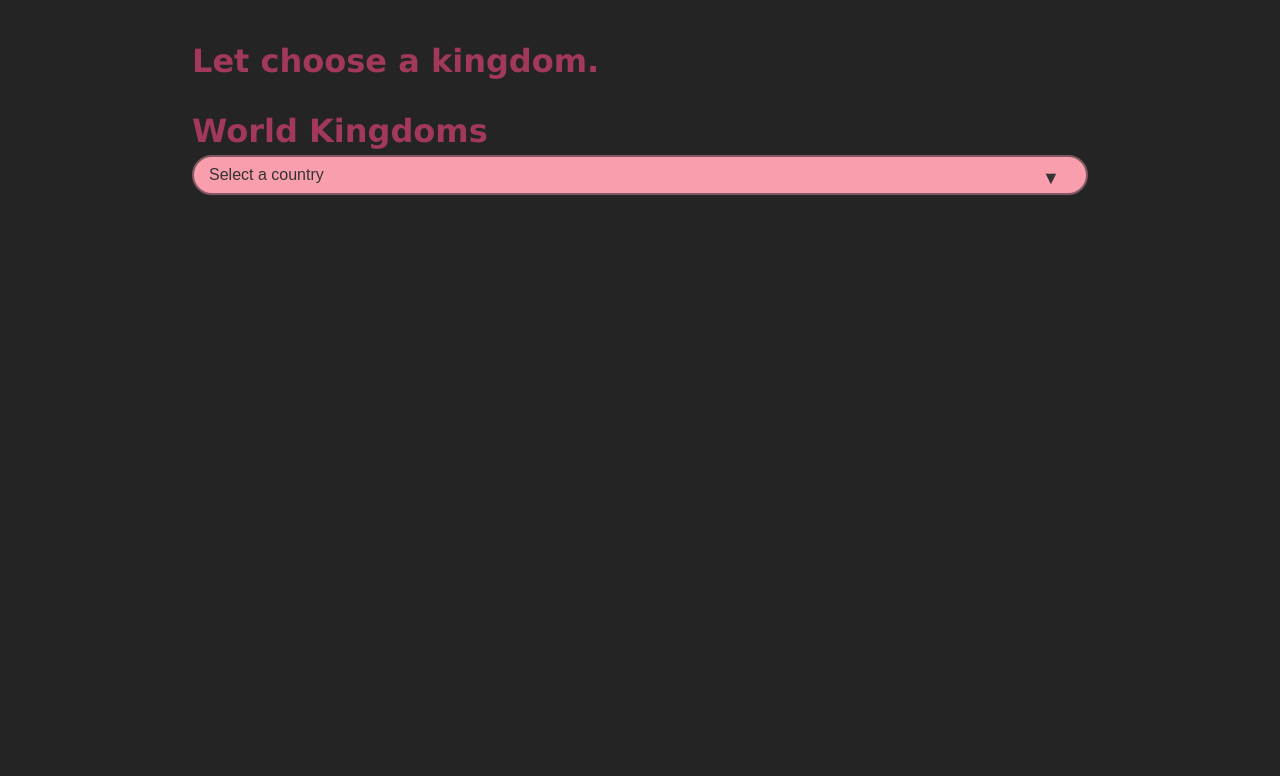
Repository: MonicaNguyenH/Lab-7_Frontend
Page: /countries
The author's editor kept a copy of each file at every save. The page is drawn from the files as they stood at one save, then again after the next save.
The browser window is 1280 px wide. The pictures show the whole page.
The page's requests for data from a server got no answer. The project was rebuilt for these pictures with package versions that can differ from the ones it lists, and the page was loaded fresh each time. No one was signed in, and anything a server would have sent is missing. Also part of the build but not shown: vite.config.js, src/Details.jsx.

Above is the page before, as saved 2024-11-24 20:09:24.

### src/main.jsx
import React from 'react';
import ReactDOM from 'react-dom/client';
import App from './App';
import './index.css'; // Import your global CSS styles

ReactDOM.createRoot(document.getElementById('root')).render(
  <React.StrictMode>
    <App />
  </React.StrictMode>
);

### src/App.jsx
import { BrowserRouter as Router, Routes, Route } from 'react-router-dom';
import Countries from './Contries';
import Details from './Details';

export default function App() {
  return (
    <div className="container">
      <Router>
      <Routes>
        <Route
          path="/"
          element={
            <div className="contentBox">
              <h1>Welcome!</h1>
              <Countries />
            </div>
          }
        />
        <Route
          path="/countries"
          element={
            <div className="contentBox">
              <h1>Let choose a kingdom.</h1>
              <Countries />
            </div>
          }
        />
        <Route
          path="countries/:cca2"
          element={
            <div className="contentBox">
              <h1>Let choose a kingdom.</h1>
              <Details />
            </div>
          }
        />
      </Routes>
    </Router>
  </div>
  );
}

### src/index.css
:root {
  font-family: Helvetica, Arial, sans-serif;
  line-height: 1.5;
  font-weight: 400;

  color-scheme: light dark;
  color: rgba(255, 255, 255, 0.87);
  background-color: #242424;

  font-synthesis: none;
  text-rendering: optimizeLegibility;
  -webkit-font-smoothing: antialiased;
  -moz-osx-font-smoothing: grayscale;
}

h1 {
  margin-bottom: 0;
  padding-bottom: 0;
}

.contentBox {
  display: flex;
  flex-direction: column;
  align-content: flex-start;
  align-items: flex-start;
  justify-content: center;
  position: absolute;
  top: 1rem;
  margin: 0 auto;
}

.container {
  width: 70vw;
  min-height: 100vh;
  margin: auto;
  display: flex;
  justify-content: center;
  flex-direction: column;
  align-content: flex-start;
  align-items: flex-start;
  align-self: start;
  padding: 20px;
}

.box,
.info {
  display: flex;
  justify-content: center;
  flex-direction: column;
  position: relative; /* To position the custom arrow inside the select */
  width: 60vw; /* Matches the width of the select */
  margin: auto;
  align-content: flex-start;
  align-items: flex-start;
  align-self: start;
}

select {
  appearance: none; /* Remove default dropdown arrow */
  -webkit-appearance: none; /* Safari support */
  -moz-appearance: none; /* Firefox support */
  background-color: rgb(248, 158, 173); /* Background color */
  border: 2px solid #815863; /* Border color */
  border-radius: 20px; /* Rounded corners */
  padding: 5px; /* Padding inside the dropdown */
  font-size: 16px; /* Font size */
  color: #333; /* Font color */
  width: 70vw; /* Width of the dropdown */
  height: 40px;
  cursor: pointer; /* Change cursor to pointer */
  margin: auto;
  align-items: center;
  padding-left: 15px;
}

.box::after {
  content: "▼"; /* Custom dropdown arrow */
  position: absolute;
  right: -13%; /* Position arrow to the right */
  top: 85%; /* Center vertically */
  transform: translateY(-50%); /* Adjust for perfect centering */
  pointer-events: none; /* Make sure the arrow does not block clicks */
  color: #333; /* Arrow color */
  font-size: 18px; /* Adjust arrow size */
}

select:focus {
  outline: none; /* Remove default focus outline */
  border-color: #b03866; /* Focus border color */
  box-shadow: 0 0 5px rgba(0, 123, 255, 0.5); /* Optional focus shadow */
}

option {
  font-size: 16px;
}

p,
h1,
h2,
h3 {
  color: rgb(162, 57, 90);
  font-family: 'Lucida Sans', 'Lucida Sans Regular', 'Lucida Grande', 'Lucida Sans Unicode', Geneva, Verdana, sans-serif;
}

### src/Contries.jsx
import { useState, useEffect } from "react";
import { useNavigate, Outlet } from "react-router-dom";

export default function Countries() {
  const [countries, setCountries] = useState([]);
  const [selectedCountry, setSelectedCountry] = useState("");
  const navigate = useNavigate();

  useEffect(() => {
    fetch("https://restcountries.com/v3.1/name/kingdom")
      .then((response) => {
        if (!response.ok) {
          throw new Error("Network response was not ok");
        }
        return response.json();
      })
      .then((data) => setCountries(data))
      .catch((error) => console.error("Error fetching countries:", error));
  }, []);

  const handleCountrySelect = (e) => {
    const value = e.target.value;

    // Handle navigation based on selection
    if (value === "") {
      navigate("/countries"); // Navigate to /countries page
    } else {
      const selected = countries.find((country) => country.cca2 === value);
      if (selected) {
        setSelectedCountry(selected);
        navigate(`/countries/${selected.cca2}`, { state: { data: selected } });
      }
    }
  };

  return (
    <div className="box">
      <h1 className="title">World Kingdoms</h1>
      <select onChange={handleCountrySelect} value={selectedCountry?.cca2 || ""}>
        {/* Default option to navigate to /countries */}
        <option value="">Select a country</option>
        {/* Dynamically populate dropdown with country data */}
        {countries.map((country) => (
          <option key={country.cca2} value={country.cca2}>
            {country.name.common}
          </option>
        ))}
      </select>
      <Outlet />
    </div>
  );
}

Loaded but not shown: index.html (common file)

After the next save:
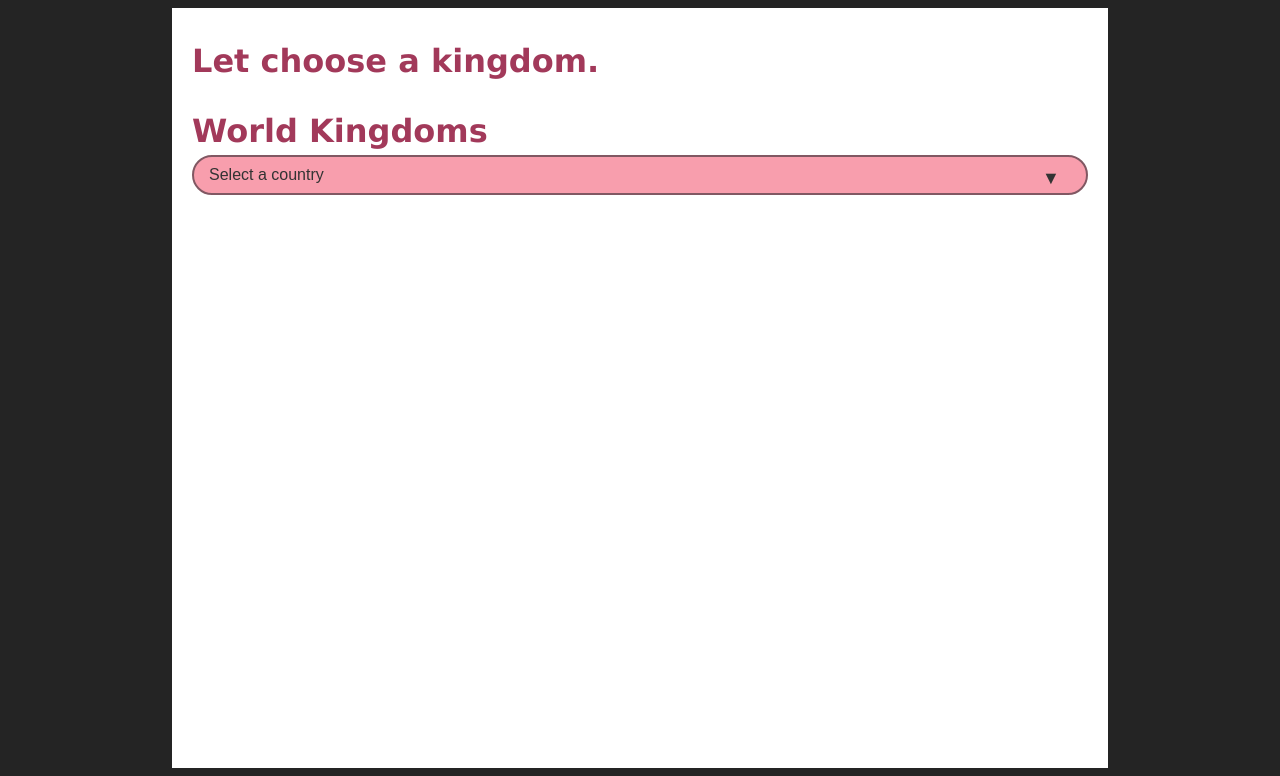
Saved 2 h 1 min later.
--- a/src/index.css
+++ b/src/index.css
@@ -33,6 +33,7 @@ h1 {
   width: 70vw;
   min-height: 100vh;
   margin: auto;
+  background-color: white;
   display: flex;
   justify-content: center;
   flex-direction: column;
